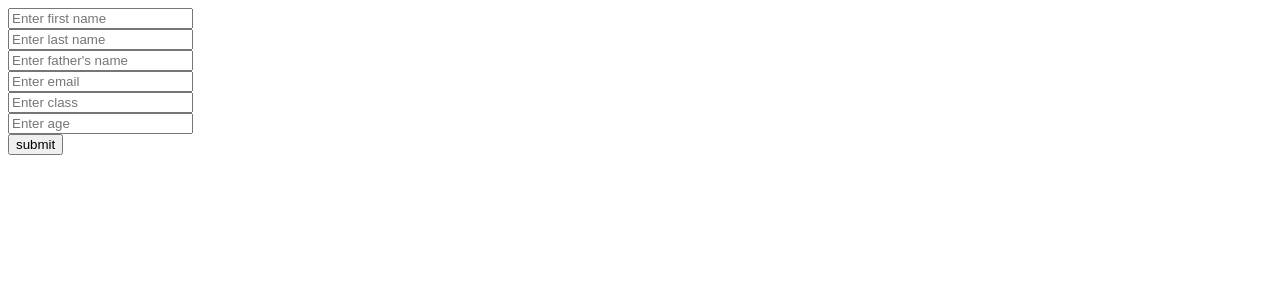
Repository: meta-pranjal-agrawal/software_fundamentals
Page: EAD/ead_assignment2/EADSession3/WebContent/Index.html
These files come from the project's save history. The page is drawn as it stood at one moment and after the next save; the edit follows.
The browser window is 1280 px wide. The pictures show the whole page.

Above is the page before, as saved 2020-02-01 10:18:10.

After the next save:
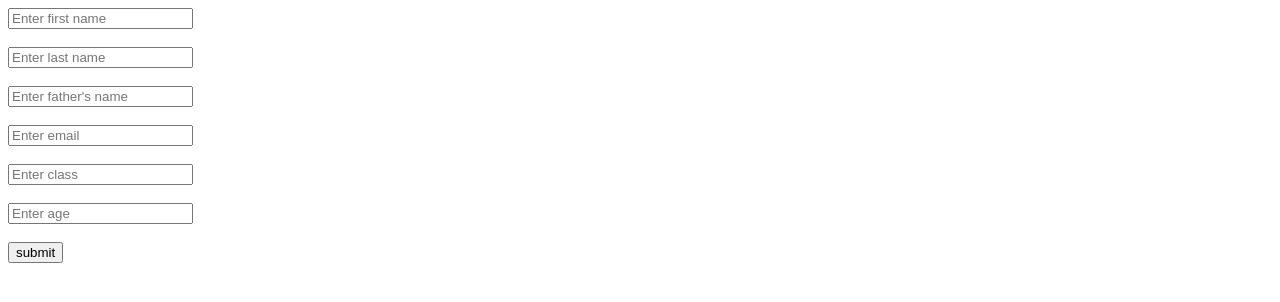
Saved 18 s later.
--- a/EAD/ead_assignment2/EADSession3/WebContent/Index.html
+++ b/EAD/ead_assignment2/EADSession3/WebContent/Index.html
@@ -6,12 +6,12 @@
 </head>
 <body>
 <form>
-	<input type="text" placeholder="Enter first name" id="firstname"> <br>
-	<input type="text" placeholder="Enter last name"  id="lastname"> <br>
-	<input type="text" placeholder="Enter father's name" id="fathername"> <br>
-	<input type="email" placeholder="Enter email" id="email"> <br>
-	<input type="number" placeholder="Enter class" id="class"> <br>
-	<input type="number" placeholder="Enter age" id="age"> <br>
+	<input type="text" placeholder="Enter first name" id="firstname"> <br> <br>
+	<input type="text" placeholder="Enter last name"  id="lastname"> <br> <br>
+	<input type="text" placeholder="Enter father's name" id="fathername"> <br><br>
+	<input type="email" placeholder="Enter email" id="email"> <br><br>
+	<input type="number" placeholder="Enter class" id="class"> <br><br>
+	<input type="number" placeholder="Enter age" id="age"> <br><br>
 	<input type="submit" value="submit">
 
 </form>
